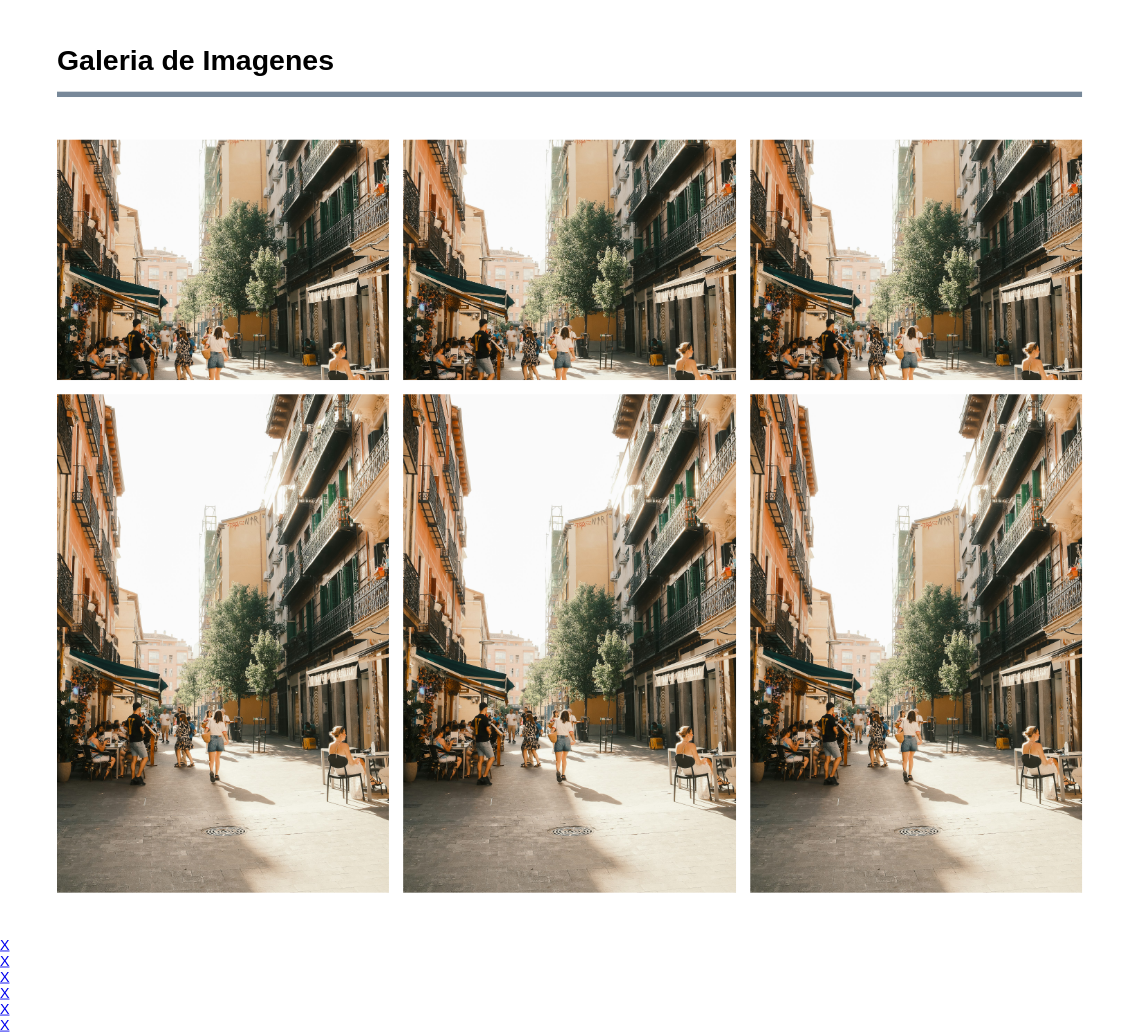
Repository: DamianBermudez94/curso-css3
Page: galeriaImagenes/index.html
An editor plug-in stored every save of this project. The page is shown before and after the next save, followed by the edit.
The browser window is 1280 px wide. The pictures show the whole page, at 89% of full size.

Above is the page before, as saved 2024-06-21 18:54:43.

After the next save:
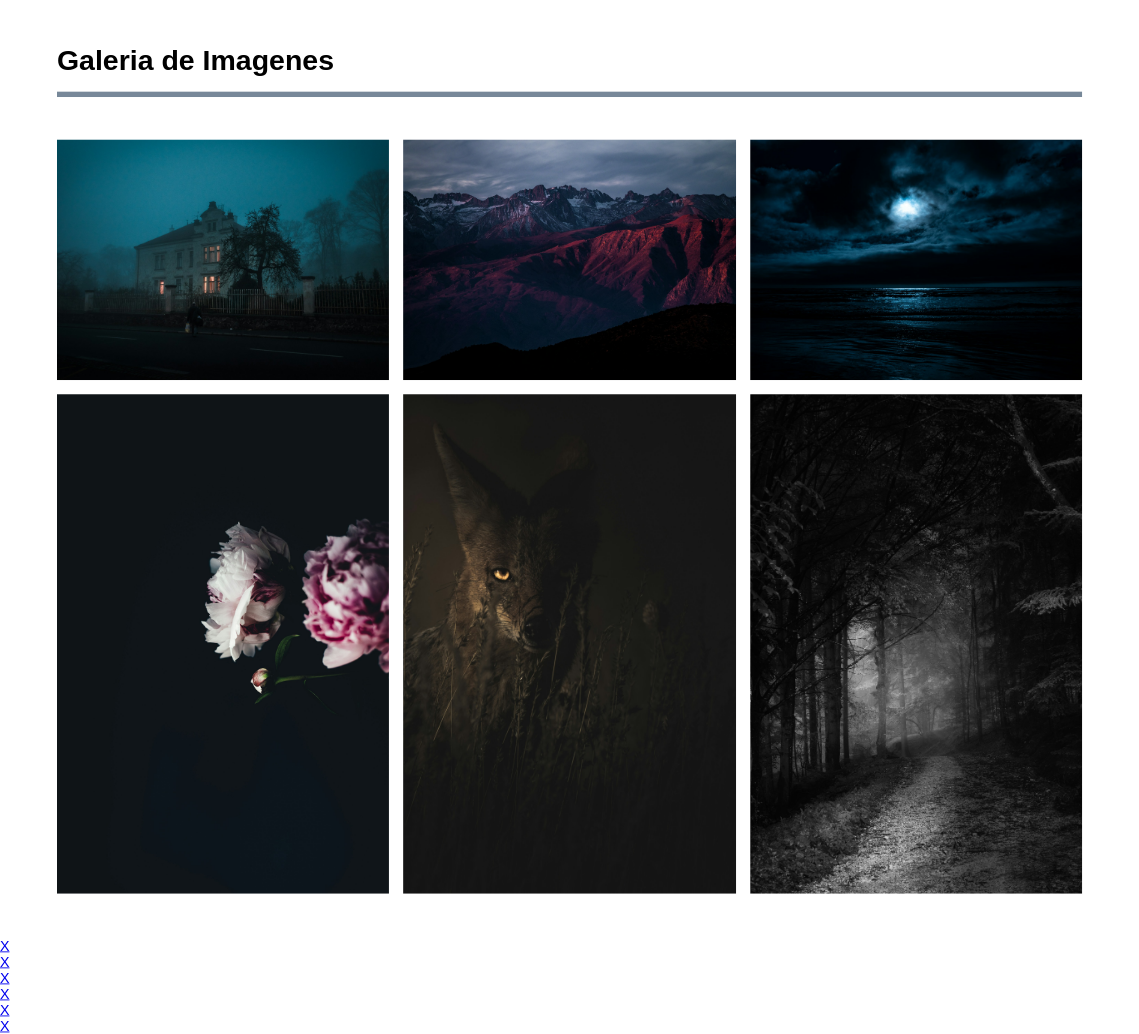
Saved 52 s later.
--- a/galeriaImagenes/index.html
+++ b/galeriaImagenes/index.html
@@ -19,22 +19,22 @@
         <h1>Galeria de Imagenes</h1>
         <section class="gallery">
             <a href="#showImg1" class="picture">
-                <img src="/img/nuki-chikhladze-rJmwGLDSrtk-unsplash.jpg" alt="">
+                <img src="/img/image1.jpg" alt="">
             </a>
             <a href="#showImg2" class="picture">
-                <img src="/img/nuki-chikhladze-rJmwGLDSrtk-unsplash.jpg" alt="">
+                <img src="/img/image2.jpg" alt="">
             </a>
             <a href="#showImg3" class="picture">
-                <img src="/img/nuki-chikhladze-rJmwGLDSrtk-unsplash.jpg" alt="">
+                <img src="/img/image3.jpg" alt="">
             </a>
             <a href="#showImg4" class="picture">
-                <img src="/img/nuki-chikhladze-rJmwGLDSrtk-unsplash.jpg" alt="">
+                <img src="/img/image4.jpg" alt="">
             </a>
             <a href="#showImg5" class="picture">
-                <img src="/img/nuki-chikhladze-rJmwGLDSrtk-unsplash.jpg" alt="">
+                <img src="/img/image5.jpg" alt="">
             </a>
             <a href="#showImg6" class="picture">
-                <img src="/img/nuki-chikhladze-rJmwGLDSrtk-unsplash.jpg" alt="">
+                <img src="/img/image6.jpg" alt="">
             </a>
         </section>
 
